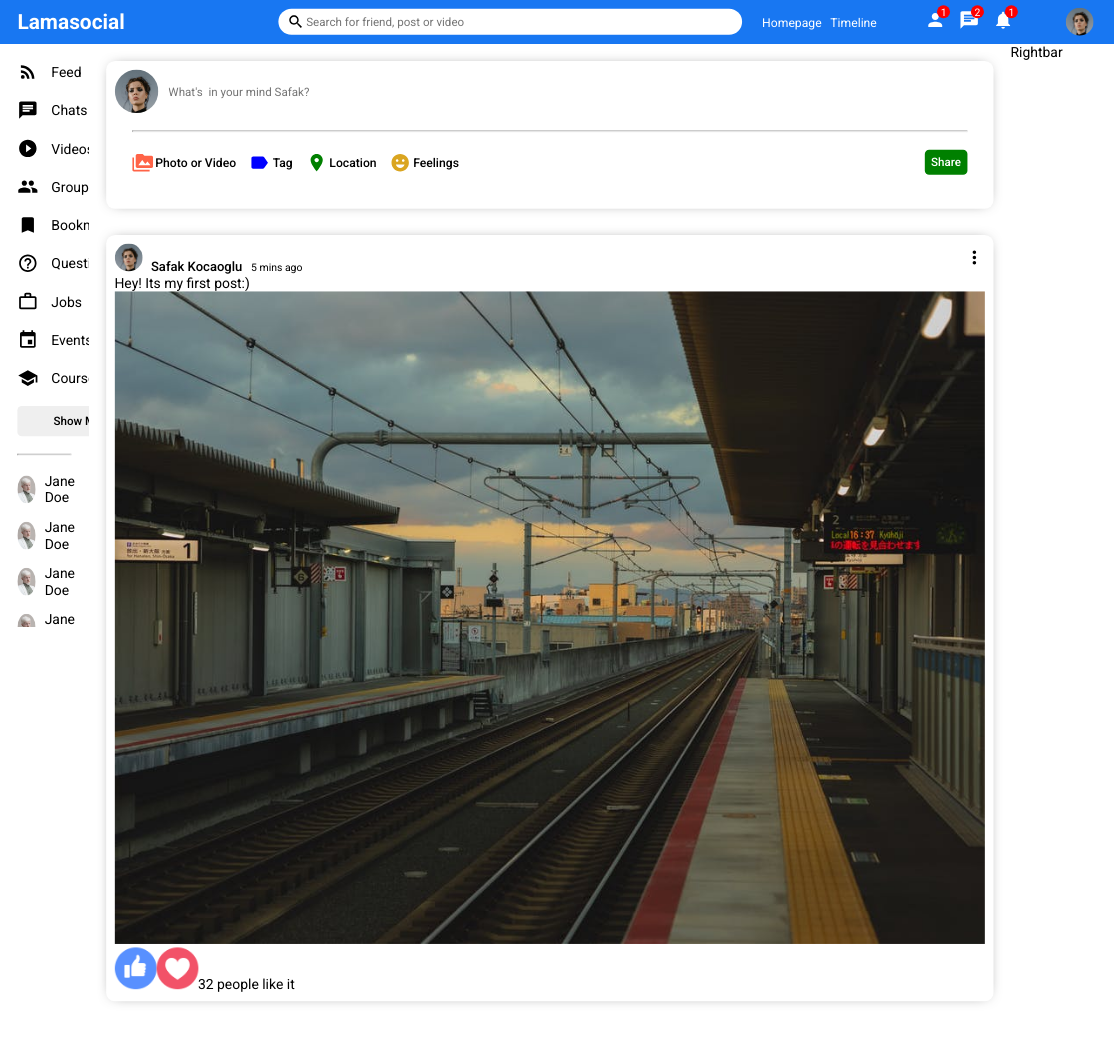
Repository: nazlinres01/react-social
Page: / (app in client/)
An editor plug-in stored every save of this project. The page is shown before and after the next save, followed by the edit.
The browser window is 1280 px wide. The pictures show the whole page, at 87% of full size.
The project was rebuilt for these pictures with package versions that can differ from the ones it lists, and the page was loaded fresh each time.

Above is the page before, as saved 2024-06-13 11:32:23.

### client/public/index.html
<!DOCTYPE html>
<html lang="en">

<head>
  <meta charset="utf-8" />
  <meta name="viewport" content="width=device-width, initial-scale=1" />
  <meta name="description" content="Web site created using create-react-app" />
  <link
    href="https://fonts.googleapis.com/css2?family=Roboto:ital,wght@0,100;0,300;0,400;0,500;0,700;0,900;1,100;1,300;1,400;1,500;1,700;1,900&display=swap"
    rel="stylesheet">
    <link rel="stylesheet" href="style.css">
  <title>Social App</title>
</head>

<body>
  <noscript>You need to enable JavaScript to run this app.</noscript>
  <div id="root"></div>
</body>

</html>

### client/src/App.js
import Home from "./pages/home/Home";

function App() {
  return <Home />
}

export default App;

### client/src/pages/home/Home.jsx
import Feed from "../../components/feed/Feed";
import Rightbar from "../../components/rightbar/Rightbar";
import Sidebar from "../../components/sidebar/Sidebar";
import Topbar from "../../components/topbar/Topbar";
import "./home.css"

export default function Home() {
    return (
        <>
            <Topbar />
            <div className="homeContainer">
                <Sidebar />
                <Feed />
                <Rightbar />

            </div>

        </>
    );
}

### client/src/components/feed/Feed.jsx
import Post from "../post/Post"
import Share from "../share/Share"
import "./feed.css"

export default function Feed() {
    return (
        <div className="feed">
            <div className="feedWrapper">
                <Share />
                <Post />

            </div>
        </div>
    )
}

### client/src/components/rightbar/Rightbar.jsx
import "./rightbar.css"

export default function Rightbar() {
    return (
        <div className="rightbar">
            Rightbar</div>
    )
}

### client/src/components/sidebar/Sidebar.jsx
import "./sidebar.css"
import { Bookmark, Chat, Event, Group, HelpOutline, PlayCircleFilledOutlined, RssFeed, School, WorkOutline } from "@material-ui/icons"

export default function Sidebar() {
    return (
        <div className="sidebar">
            <div className="sidebarWrapper">
                <ul className="sidebarList">
                    <li className="sidebarListItem">
                        <RssFeed className="sidebarIcon" />
                        <span className="sidebarListItemText">Feed</span>
                    </li>
                    <li className="sidebarListItem">
                        <Chat className="sidebarIcon" />
                        <span className="sidebarListItemText">Chats</span>
                    </li>
                    <li className="sidebarListItem">
                        <PlayCircleFilledOutlined className="sidebarIcon" />
                        <span className="sidebarListItemText">Videos</span>
                    </li>
                    <li className="sidebarListItem">
                        <Group className="sidebarIcon" />
                        <span className="sidebarListItemText">Groups</span>
                    </li>
                    <li className="sidebarListItem">
                        <Bookmark className="sidebarIcon" />
                        <span className="sidebarListItemText">Bookmarks</span>
                    </li>
                    <li className="sidebarListItem">
                        <HelpOutline className="sidebarIcon" />
                        <span className="sidebarListItemText">Questions</span>
                    </li>
                    <li className="sidebarListItem">
                        <WorkOutline className="sidebarIcon" />
                        <span className="sidebarListItemText">Jobs</span>
                    </li>
                    <li className="sidebarListItem">
                        <Event className="sidebarIcon" />
                        <span className="sidebarListItemText">Events</span>
                    </li>
                    <li className="sidebarListItem">
                        <School className="sidebarIcon" />
                        <span className="sidebarListItemText">Courses</span>
                    </li>
                </ul>
                <button className="sidebarButton">Show More</button>
                <hr className="sidebarHr" />
                <ul className="sidebarFriendList">
                    <li className="sidebarFriend">
                        <img className="sidebarFriendImg" src="/assets/person/2.jpeg" alt="" />
                        <span className="sidebarFriendName">Jane Doe</span>
                    </li>
                    <li className="sidebarFriend">
                        <img className="sidebarFriendImg" src="/assets/person/2.jpeg" alt="" />
                        <span className="sidebarFriendName">Jane Doe</span>
                    </li>
                    <li className="sidebarFriend">
                        <img className="sidebarFriendImg" src="/assets/person/2.jpeg" alt="" />
                        <span className="sidebarFriendName">Jane Doe</span>
                    </li>
                    <li className="sidebarFriend">
                        <img className="sidebarFriendImg" src="/assets/person/2.jpeg" alt="" />
                        <span className="sidebarFriendName">Jane Doe</span>
                    </li>
                    <li className="sidebarFriend">
                        <img className="sidebarFriendImg" src="/assets/person/2.jpeg" alt="" />
                        <span className="sidebarFriendName">Jane Doe</span>
                    </li>
                    <li className="sidebarFriend">
                        <img className="sidebarFriendImg" src="/assets/person/2.jpeg" alt="" />
                        <span className="sidebarFriendName">Jane Doe</span>
                    </li>
                    <li className="sidebarFriend">
                        <img className="sidebarFriendImg" src="/assets/person/2.jpeg" alt="" />
                        <span className="sidebarFriendName">Jane Doe</span>
                    </li>
                    <li className="sidebarFriend">
                        <img className="sidebarFriendImg" src="/assets/person/2.jpeg" alt="" />
                        <span className="sidebarFriendName">Jane Doe</span>
                    </li>
                    <li className="sidebarFriend">
                        <img className="sidebarFriendImg" src="/assets/person/2.jpeg" alt="" />
                        <span className="sidebarFriendName">Jane Doe</span>
                    </li>
                    <li className="sidebarFriend">
                        <img className="sidebarFriendImg" src="/assets/person/2.jpeg" alt="" />
                        <span className="sidebarFriendName">Jane Doe</span>
                    </li>
                    <li className="sidebarFriend">
                        <img className="sidebarFriendImg" src="/assets/person/2.jpeg" alt="" />
                        <span className="sidebarFriendName">Jane Doe</span>
                    </li>
                    <li className="sidebarFriend">
                        <img className="sidebarFriendImg" src="/assets/person/2.jpeg" alt="" />
                        <span className="sidebarFriendName">Jane Doe</span>
                    </li>
                    <li className="sidebarFriend">
                        <img className="sidebarFriendImg" src="/assets/person/2.jpeg" alt="" />
                        <span className="sidebarFriendName">Jane Doe</span>
                    </li>
                </ul>
            </div>
        </div>
    )
}

### client/src/components/topbar/Topbar.jsx
import "./topbar.css"
import { Search, Person, Chat, Notifications } from "@material-ui/icons"

export default function Topbar() {
  return (
    <div className="topbarContainer">
      <div className="topbarLeft">
        <span className="logo">Lamasocial</span>
      </div>
      <div className="topbarCenter">
        <div className="searchbar">
          <Search className="searchIcon" />
          <input placeholder="Search for friend, post or video" className="searchInput" />
        </div>
      </div>
      <div className="topbarRight">
        <div className="topbarLinks">
          <span className="topbarLink">Homepage</span>
          <span className="topbarLink">Timeline</span>
        </div>
        <div className="topbarIcons">
          <div className="topbarIconItem">
            <Person />
            <span className="topbarIconBadge">1</span>
          </div>
          <div className="topbarIconItem">
            <Chat />
            <span className="topbarIconBadge">2</span>
          </div>
          <div className="topbarIconItem">
            <Notifications />
            <span className="topbarIconBadge">1</span>
          </div>
        </div>
        <img src="/assets/person/1.jpeg" alt="" className="topbarImg" />
      </div>

    </div>
  )
}

### client/src/components/post/Post.jsx
import { MoreVert } from "@material-ui/icons"
import "./post.css"

export default function Post() {
    return (
        <div className="post">
            <div className="postWrapper">
                <div className="postTop">
                    <div className="postTopLeft">
                        <img src="/assets/person/1.jpeg" alt="" className="postProfileImg" />
                        <span className="postUsername">Safak Kocaoglu</span>
                        <span className="postDate">5 mins ago</span>

                    </div>
                    <div className="postTopRight">
                        <MoreVert />
                    </div>

                </div>
                <div className="postCenter">
                    <span className="postText">Hey! Its my first post:)</span>
                    <img className="postImg" src="assets/post/1.jpeg" alt="" />
                </div>
                <div className="postBottom">
                    <div className="postBottomLeft">
                        <img className="likeIcon" src="assets/like.png" alt="" />
                        <img className="likeIcon" src="assets/heart.png" alt="" />
                        <span className="postLikeCounter">32 people like it</span>
                    </div>
                    <div className="postBottomRight"></div>

                </div>

            </div>

        </div>
    )
}

### client/src/components/share/Share.jsx
import "./share.css";
import { PermMedia, Label, Room, EmojiEmotions } from "@material-ui/icons";

export default function Share() {
    return (
        <div className="share">
            <div className="shareWrapper">
                <div className="shareTop">
                    <img src="/assets/person/1.jpeg" alt="" className="shareProfileImg" />
                    <input placeholder="What's  in your mind Safak?" className="shareInput" />
                </div>
                <hr className="shareHr" />
                <div className="shareBottom">
                    <div className="shareOptions">
                        <div className="shareOption">
                            <PermMedia htmlColor="tomato" className="shareIcon" />
                            <span className="shareOptionText">Photo or Video</span>
                        </div>
                        <div className="shareOption">
                            <Label htmlColor="blue" className="shareIcon" />
                            <span className="shareOptionText">Tag</span>
                        </div>
                        <div className="shareOption">
                            <Room htmlColor="green" className="shareIcon" />
                            <span className="shareOptionText">Location</span>
                        </div>
                        <div className="shareOption">
                            <EmojiEmotions htmlColor="goldenrod" className="shareIcon" />
                            <span className="shareOptionText">Feelings</span>
                        </div>
                    </div>
                    <button className="shareButton">Share</button>
                </div>
            </div>
        </div>
    )
}

### client/src/components/rightbar/rightbar.css
.rightbar {
    flex: 3.5;
}

### client/src/components/sidebar/sidebar.css
.sidebar {
    flex: 3;
    height: calc(100vh - 50px);
    overflow-y: scroll;
}

::-webkit-scrollbar {
    width: 5px;
}

::-webkit-scrolbar-track {
    background-color: #f1f1f1;
}

::-webkit-scrollbar-thumb {
    background-color: rgb(179, 179, 179);
}

.sidebarWrapper {
    padding: 20px;
}

.sidebarList {
    padding: 0;
    margin: 0;
    list-style: none;
}

.sidebarListItem {
    display: flex;
    align-items: center;
    margin-bottom: 20px;
}

.sidebarIcon {
    margin-right: 15px;
}

.sidebarButton {
    width: 150px;
    border: none;
    padding: 10px;
    border-radius: 5px;
    font-weight: 500;
}

.sidebarHr {
    margin: 20px 0;
}

.sidebarFriendList {
    padding: 0;
    margin: 0;
    list-style: none;
}

.sidebarFriend {
    display: flex;
    align-items: center;
    margin-bottom: 15px;
}

.sidebarFriendImg {
    width: 32px;
    height: 32px;
    border-radius: 50%;
    object-fit: cover;
    margin-right: 10px;
}

### client/src/components/topbar/topbar.css
.topbarContainer {
    height: 50px;
    width: 100%;
    background-color: #1877f2;
    display: flex;
    align-items: center;
    position: sticky;
    top: 0;
}

.topbarLeft {
    flex: 3;
}

.logo {
    font-size: 24px;
    margin-left: 20px;
    font-weight: bold;
    color: white;
    cursor: pointer;
}

.topbarCenter {
    flex: 5;
}

.searchbar {
    width: 100%;
    height: 30px;
    background-color: white;
    border-radius: 30px;
    display: flex;
    align-items: center;
}

.searchIcon {
    font-size: 20px !important;
    margin-left: 10px;
}

.searchInput {
    border: none;
    width: 70%;
}

.searchInput:focus {
    outline: none;
}

.topbarRight {
    flex: 4;
    display: flex;
    align-items: center;
    justify-content: space-around;
    color: white;
}

.topbarLink {
    margin-right: 10px;
    font-size: 14px;
    cursor: pointer;
}

.topbarIcons {
    display: flex;
}

.topbarIconItem {
    margin-right: 15px;
    cursor: pointer;
    position: relative;

}

.topbarIconBadge {
    width: 15px;
    height: 15px;
    background-color: red;
    border-radius: 50%;
    color: white;
    position: absolute;
    top: -5px;
    right: -5px;
    display: flex;
    align-items: center;
    justify-content: center;
    font-size: 12px;
}

.topbarImg {
    width: 32px;
    height: 32px;
    border-radius: 50%;
    object-fit: cover;
    cursor: pointer;
}

### client/src/components/post/post.css
.post {
    width: 100%;
    border-radius: 10px;
    -webkit-box-shdow: 0px 0px 16px -8px rgba(0, 0, 0, 0.68);
    box-shadow: 0px 0px 16px -8px rgba(0, 0, 0, 0.68);
    margin: 30px 0;
}

.postWrapper {
    padding: 10px;
}

.postTop {
    display: flex;
    align-items: center;
    justify-content: space-between;
}

.portTopLeft {
    display: flex;
    align-items: center;
}

.postProfileImg {
    width: 32px;
    height: 32px;
    border-radius: 50%;
    object-fit: cover;
}

.postUsername {
    font-size: 15px;
    font-weight: 500;
    margin: 0 10px;
}

.postDate {
    font-size: 12px;
}

### client/src/components/share/share.css
.share {
    width: 100%;
    height: 170px;
    border-radius: 10px;
    -webkit-box-shdow: 0px 0px 16px -8px rgba(0, 0, 0, 0.68);
    box-shadow: 0px 0px 16px -8px rgba(0, 0, 0, 0.68);
}

.shareWrapper {
    padding: 10px;
}

.shareTop {
    display: flex;
    align-items: center;
}

.shareProfileImg {
    width: 50px;
    height: 50px;
    border-radius: 50%;
    object-fit: cover;
    margin-right: 10px;
}

.shareInput {
    border: none;
    width: 80%;
}

.shareInput:focus {
    outline: none;
}

.shareHr {
    margin: 20px;
}

.shareBottom {
    display: flex;
    align-items: center;
    justify-content: space-between;
}

.shareOptions {
    display: flex;
    margin-left: 20px;
}

.shareOption {
    display: flex;
    align-items: center;
    margin-right: 15px;
    cursor: pointer;
}

.shareIcon {
    font-size: 18px;
    margin-right: 3px
}

.shareOptionText {
    font-size: 14px;
    font-weight: 500;
}

.shareButton {
    border: none;
    padding: 7px;
    border-radius: 5px;
    background-color: green;
    font-weight: 500;
    margin-right: 20px;
    cursor: pointer;
    color: white;
}

Loaded but not shown: client/src/index.js (common file); client/src/pages/home/home.css (common file); client/src/components/feed/feed.css (common file); client/public/style.css (common file)

After the next save:
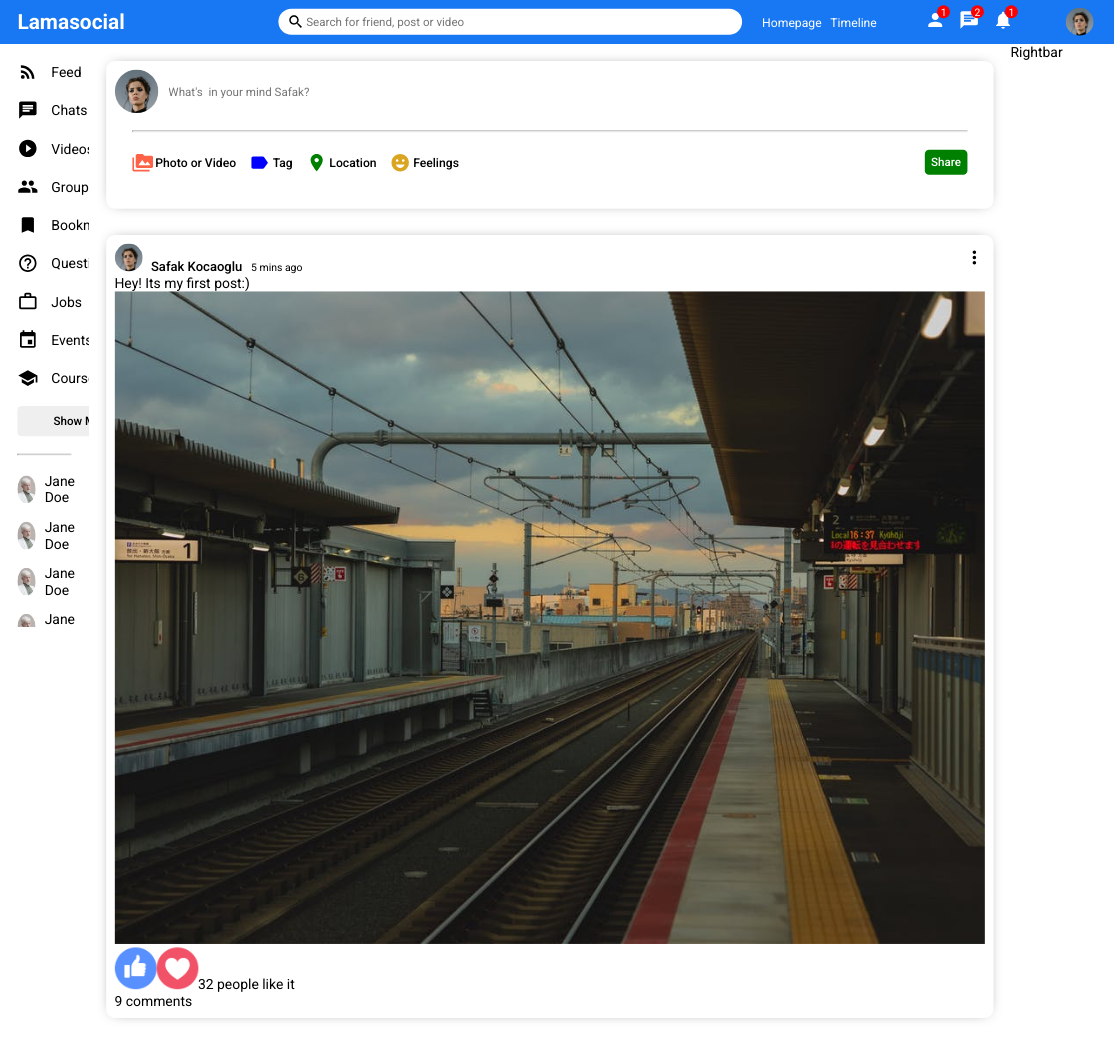
Saved 39 s later.
--- a/client/src/components/post/Post.jsx
+++ b/client/src/components/post/Post.jsx
@@ -27,7 +27,9 @@ export default function Post() {
                         <img className="likeIcon" src="assets/heart.png" alt="" />
                         <span className="postLikeCounter">32 people like it</span>
                     </div>
-                    <div className="postBottomRight"></div>
+                    <div className="postBottomRight">
+                        <span className="postCommentText">9 comments</span>
+                    </div>
 
                 </div>
 
